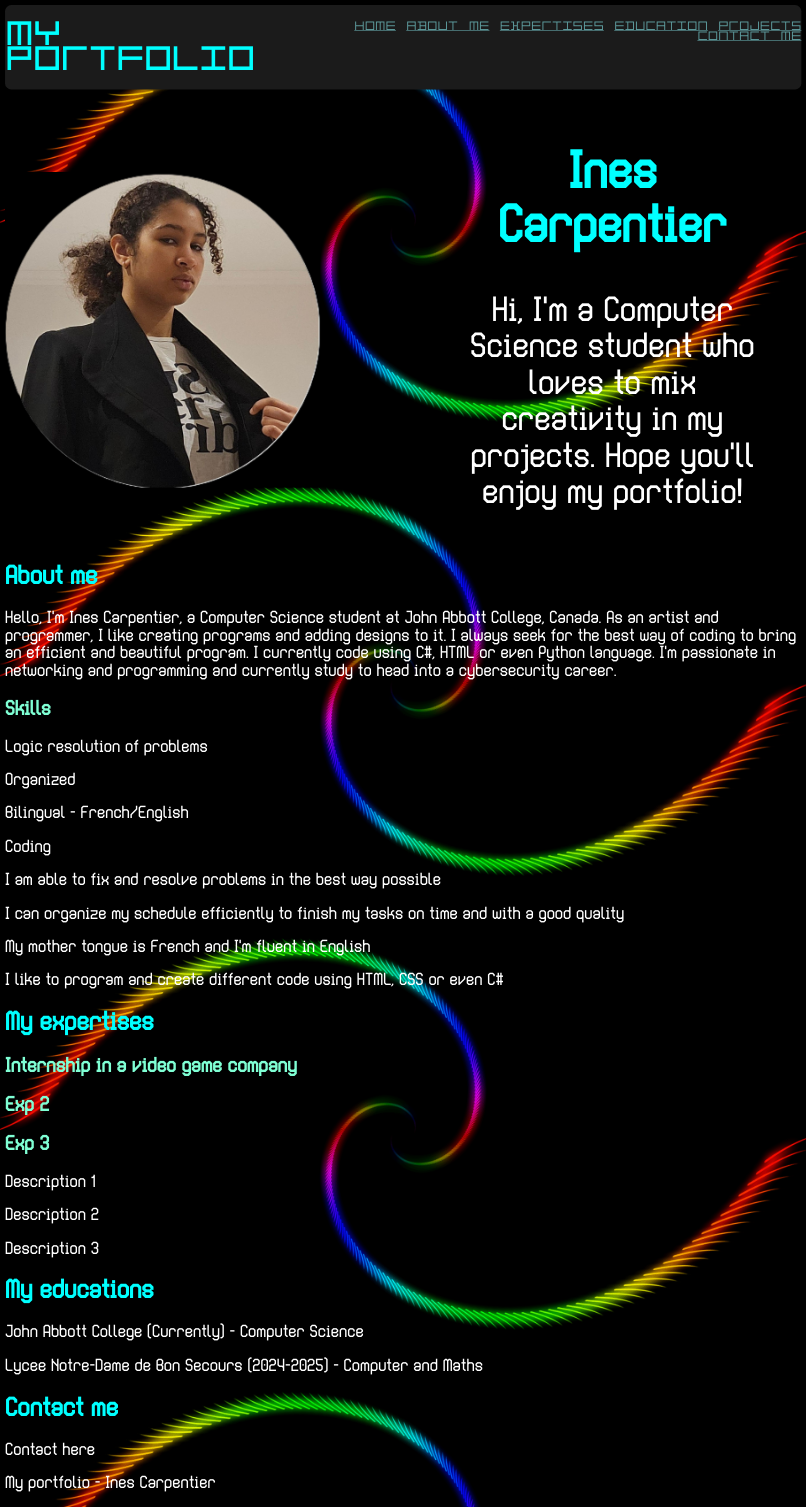
Repository: InsCarp/InsCarp
Page: index.html
The author's editor kept a copy of each file at every save. The page is drawn from the files as they stood at one save, then again after the next save.
The browser window is 1280 px wide. The pictures show the whole page, at 63% of full size.
Backgrounds fixed to the window are drawn as part of the page.

Above is the page before, as saved 2026-05-06 10:36:51.

After the next save:
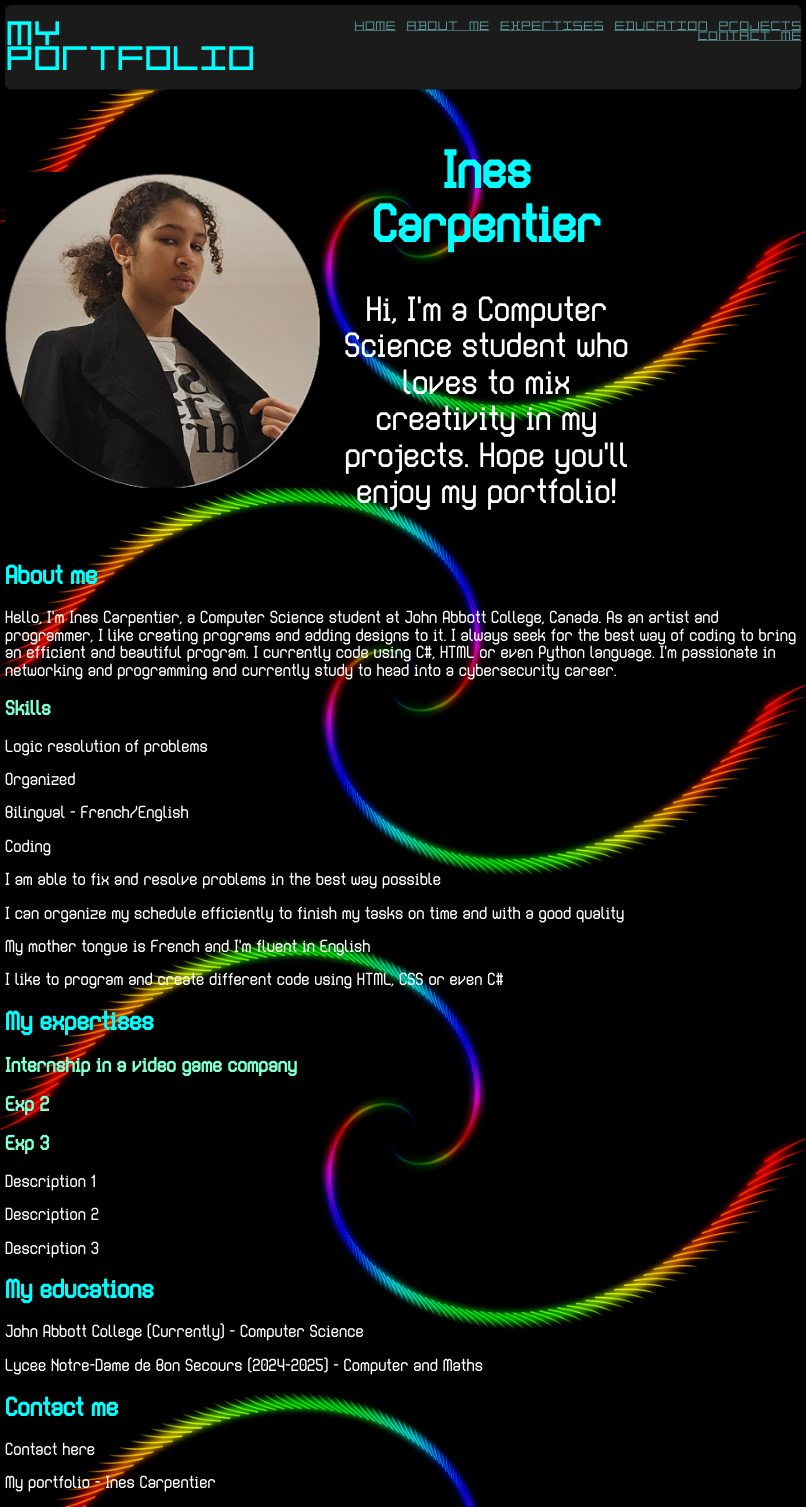
Saved 8 s later.
--- a/styles/index.css
+++ b/styles/index.css
@@ -31,6 +31,6 @@
     text-align: center;
     font-size:2rem;
     width: 20rem;
-    margin-right: 2rem;
+    margin-right: 10rem;
 }
 }
